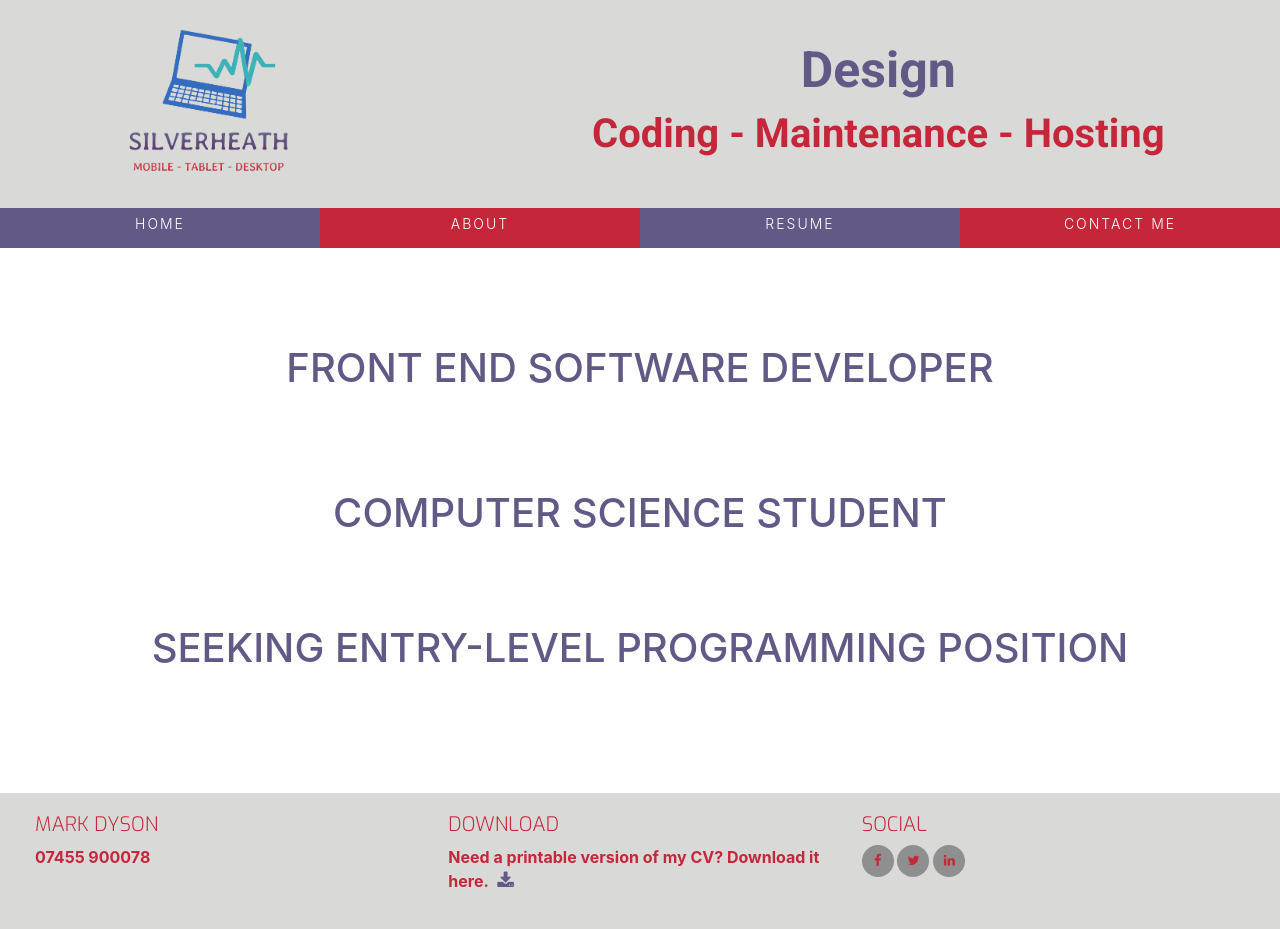
Repository: Code-Institute-Submissions/silverheath
Page: index.html
The author's editor kept a record of every edit. The page is drawn from the files as they stood at one moment, then again after the next edit.
The browser window is 1280 px wide. The pictures show the whole page.
Some web libraries are served in a nearby version.

Above is the page before.

After the next edit:
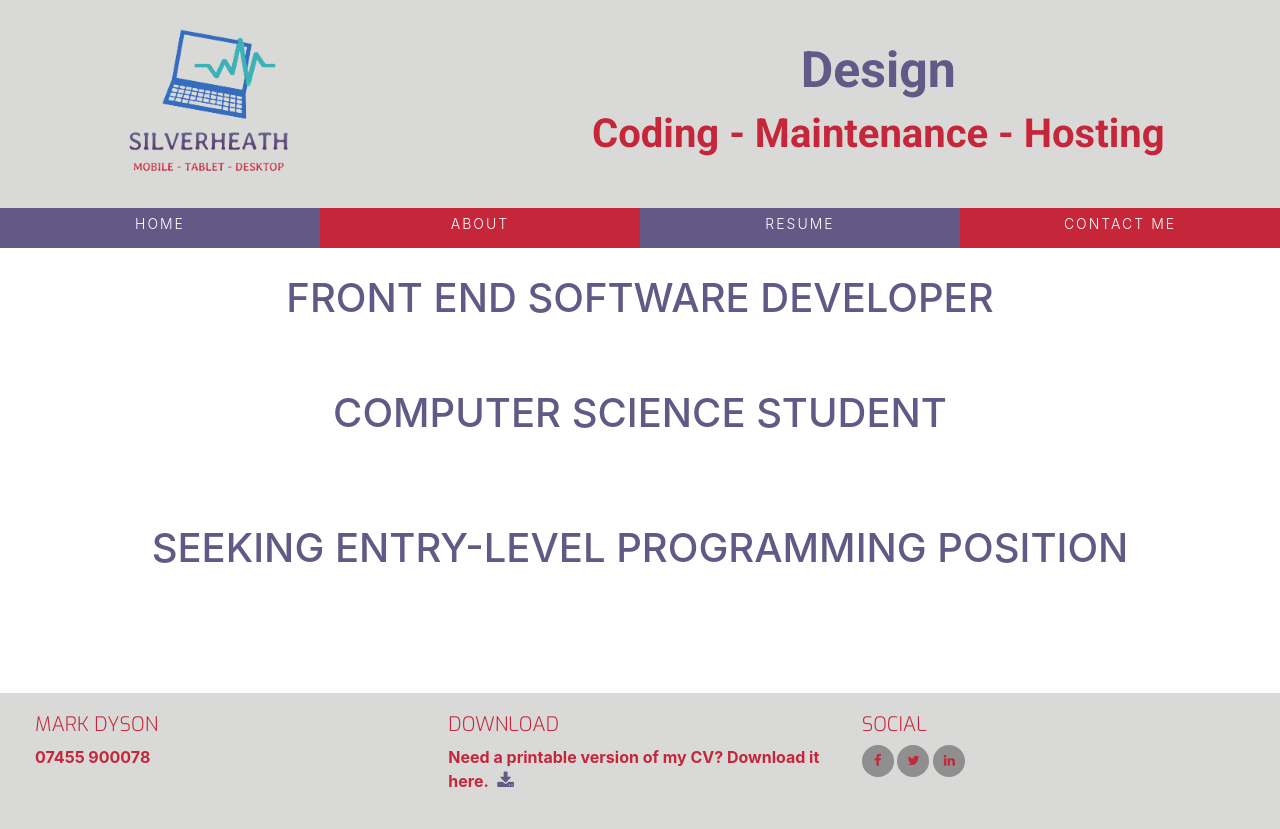
The edit:
--- a/assets/css/style.css
+++ b/assets/css/style.css
@@ -208,9 +208,9 @@
 /*----------------------summary----------------------*/
 
 .topline {
-    padding-top: 80px;
-    padding-bottom: 30px;
-    margin-bottom: 25px;
+    padding-top: 10px;
+    padding-bottom: 10px;
+    margin-bottom: 15px;
     margin-left: 200;
     text-align: center;
     font-size: 40px;
